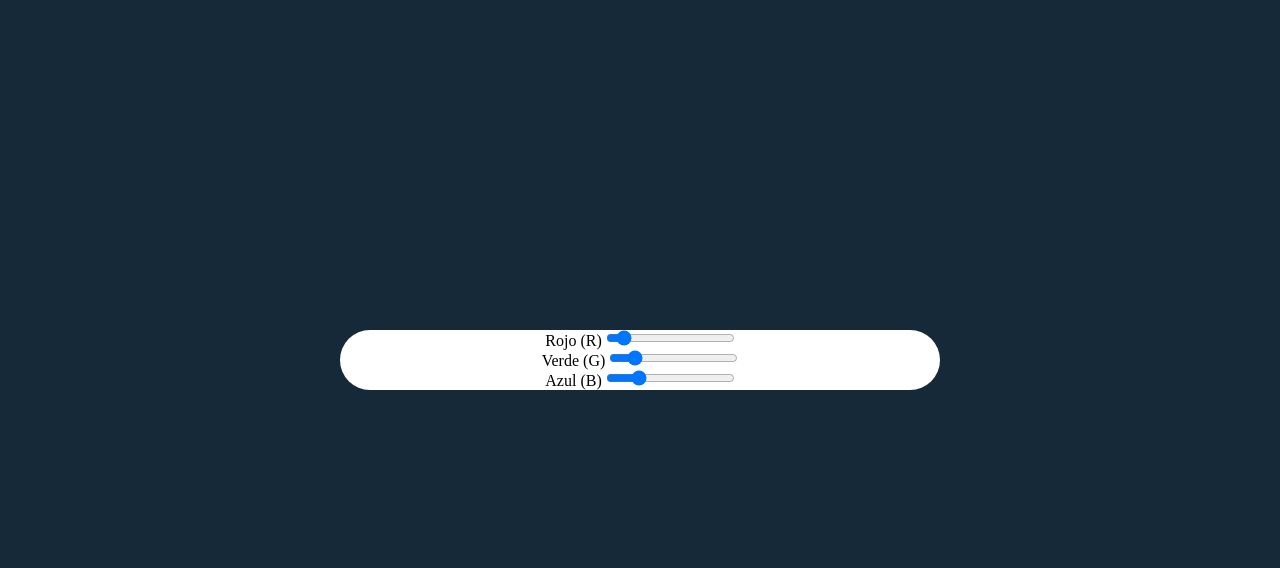
Repository: JoyMoGas/javascript-learn
Page: colores-regb-input/index.html
An editor plug-in stored every save of this project. The page is shown before and after the next save, followed by the edit.
The browser window is 1280 px wide. The pictures show the whole page.

Above is the page before, as saved 2024-05-09 16:14:51.

### colores-regb-input/index.html
<!DOCTYPE html>
<html lang="es">
<head>
    <meta charset="UTF-8">
    <meta name="viewport" content="width=device-width, initial-scale=1.0">
    <link rel="stylesheet" href="styles.css">
    <title>Colores RGB</title>
</head>
<body>
    <div class="contenedor-principal">
        <div class="contenedor-interno">
            <div class="color">
                <label for="rojo">Rojo (R)</label>
                <input id="rojo" type="range" min="0" max="255" value="23" step="1">
                <p id="texto-rojo"></p>
            </div>
            <div class="color">
                <label for="verde">Verde (G)</label>
                <input id="verde" type="range" min="0" max="255" value="41" step="1">
                <p id="texto-verde"></p>
            </div>
            <div class="color">
                <label for="azul">Azul (B)</label>
                <input id="azul" type="range" min="0" max="255" value="56" step="1">
                <p id="texto-azul"></p>
            </div>
        </div>
    </div>
    <script src="app.js"></script>
</body>
</html>

### colores-regb-input/styles.css
/* Estilos generales */
 * {
    margin: 0;
    padding: 0;
}

body {
    height: 100vh;
    display: flex;
    justify-content: center;
    align-items: center;
    text-align: center;
    background-color: rgb(21, 41, 56);
}

/* Contenedores */

.contenedor-principal {
    width: 50vw;
    max-width: 600px;
    min-width: 350px;
    display: flex;
    flex-wrap: wrap;
    justify-content: center;
    align-items: center;
    background-color: white;
    border-radius: 50px;
}

Loaded but not shown: colores-regb-input/app.js (no stored copy; drawn as an empty file)

After the next save:
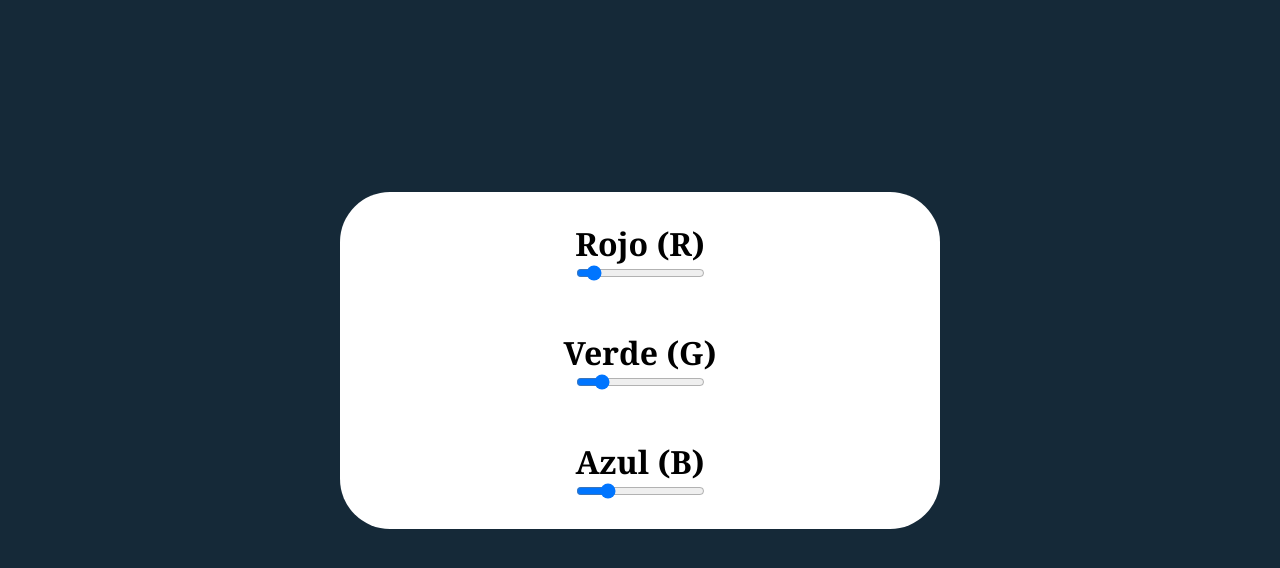
Saved 2 min 42 s later.
--- a/colores-regb-input/styles.css
+++ b/colores-regb-input/styles.css
@@ -26,3 +26,16 @@
     background-color: white;
     border-radius: 50px;
 }
+
+/* Colores RGB */
+.color {
+    padding: 20px;
+    margin: 10px;
+    font-size: 2em;
+    font-weight: bold;
+    font-family: Georgia, 'Times New Roman', Times, serif;
+    display: flex;
+    flex-direction: column;
+    justify-content: space-around;
+    align-items: center;
+}
